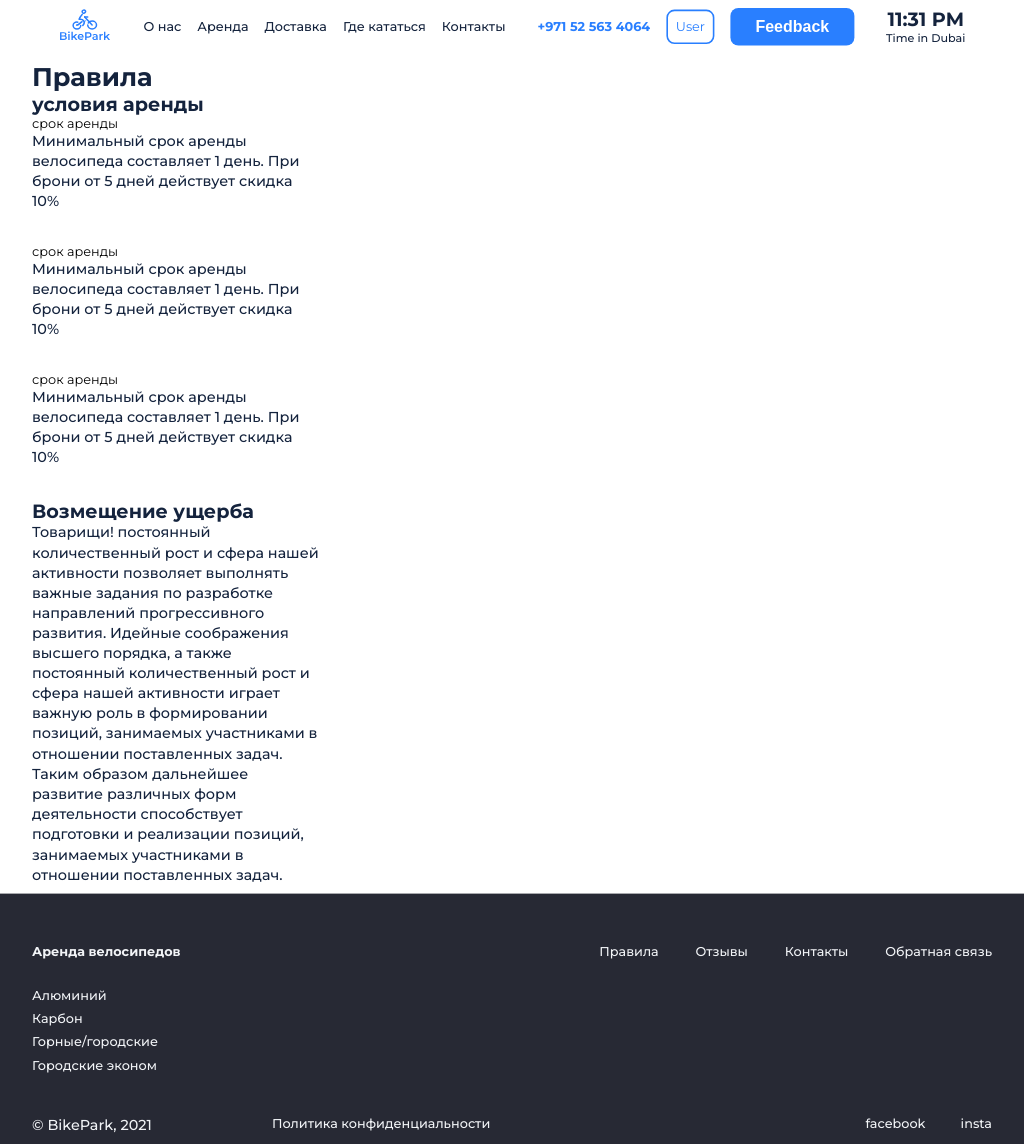
Repository: NineSirius/bikepark
Page: /delivery/rules
These files come from the project's save history. The page is drawn as it stood at one moment and after the next save; the edit follows.
The browser window is 1280 px wide. The pictures show the whole page, at 80% of full size.
The project was rebuilt for these pictures with package versions that can differ from the ones it lists, and the page was loaded fresh each time. The framework's server and built-in components were replaced by stand-ins that run in the browser. Also part of the build but not shown: next.config.js.

Above is the page before, as saved 2023-03-14 21:32:33.

### src/pages/_app.jsx
import { Layout } from '@/containers/Layout'
import '@/styles/globals.css'
import { Montserrat } from 'next/font/google'

const montserrat = Montserrat({
    weight: ['400', '500', '600', '700'],
    subsets: ['latin'],
})

export default function App({ Component, pageProps }) {
    return (
        <>
            <div className={montserrat.className}>
                <Layout>
                    <Component {...pageProps} />
                </Layout>
            </div>
        </>
    )
}

### src/pages/delivery/rules/index.jsx
import { RulesPage } from "@/containers/RulesPage";

const Rules = () => {
  return <RulesPage />;
};

export default Rules;

### src/containers/Layout/index.jsx
import { Footer } from '@/components/Footer'
import { Navbar } from '@/components/Navbar'
import React from 'react'

export const Layout = ({ children }) => {
    return (
        <>
            <Navbar />

            <main className="main">{children}</main>
            <Footer/>
        </>
    )
}

### src/styles/globals.css
*,
*::before,
*::after {
    box-sizing: border-box;
    margin: 0;
    padding: 0;
}

:root {
    --primary-color: #297fff;
    --primary-hover-color: #005eff;

    --bg-color: #f2f4f7;
    --borders-color: #dde3eb;
    --captions-color: #abb1c5;
    --text-box-color: #737b98;
    --text-color: #14233d;
    --bg-footer: #272934;

    --max-width: 1240px;

    --big-title-size: 4.375rem;
    --medium-title-size: 3.75rem;
    --subtitle-size: 2.5rem;
    --main-text-size: 1.875rem;
    --caption-size: 1.25rem;
    --link-size: 1rem;
}

a {
    color: var(--primary-color);
    font-size: 16px;
    font-weight: 500;
    text-decoration: none;
}

a:hover {
    color: var(--primary-hover-color);
    text-decoration: underline;
}
p {
    font-weight: 500;
    font-size: 18px;
    line-height: 140%;

    color: var(--text-color);
}
ul {
    list-style: none;
}

h1,
h2,
h3,
h4,
h5,
h6 {
    color: var(--text-color);
}

ul {
    list-style: none;
}
.container {
    max-width: var(--max-width);
    margin: 0 auto;
    padding: 10px 20px;
}

.card {
    background: #f2f4f7;
    border-radius: 20px;
    padding: 50px 40px;
}

.overlay {
    position: fixed;
    top: 0;
    left: 0;
    width: 100vw;
    height: 100vh;
    background: rgba(0, 0, 0, 0.5);
    z-index: 10;
    visibility: hidden;
    opacity: 0;
    transition: 0.2s;
}

.overlay.active {
    visibility: visible;
    opacity: 1;
}

### src/containers/RulesPage/index.jsx
import styles from "./RulesPage.module.css";

export const RulesPage = () => {
  return (
    <div className="container">
      <div className="cards">
        <h1 className="title">Правила</h1>
        <h2 className="subtitile">условия аренды</h2>
        <div className={styles.cards}>
          <div >
            <span className="caption">срок аренды</span>
            <p className="text">
              Минимальный срок аренды велосипеда составляет 1 день. При брони от
              5 дней действует скидка 10%
            </p>
          </div>
          <div>
            <span className="caption">срок аренды</span>
            <p className="text">
              Минимальный срок аренды велосипеда составляет 1 день. При брони от
              5 дней действует скидка 10%
            </p>
          </div>
          <div>
            <span className="caption">срок аренды</span>
            <p className="text">
              Минимальный срок аренды велосипеда составляет 1 день. При брони от
              5 дней действует скидка 10%
            </p>
          </div>

          <div>
            <h2 className="subtitle">Возмещение ущерба</h2>
            <p>
              Товарищи! постоянный количественный рост и сфера нашей активности
              позволяет выполнять важные задания по разработке направлений
              прогрессивного развития. Идейные соображения высшего порядка, а
              также постоянный количественный рост и сфера нашей активности
              играет важную роль в формировании позиций, занимаемых участниками
              в отношении поставленных задач.
            </p>
            <p>
              Таким образом дальнейшее развитие различных форм деятельности
              способствует подготовки и реализации позиций, занимаемых
              участниками в отношении поставленных задач.
            </p>
          </div>
        </div>
      </div>
    </div>
  );
};

### src/components/Footer/index.jsx
import styles from "./footer.module.css";
import Link from "next/link";
import clsx from "clsx";

export const Footer = () => {
  return (
    <footer className={styles.footer}>
      <div className={clsx(styles.footerContent, "container")}>
        <div className={styles.links}>
          <h4 className={styles.white}>Аренда велосипедов</h4>
          <div className={styles.gap}>
            <Link className={styles.a} href="">
              Правила
            </Link>
            <Link className={styles.a} href="">
              Отзывы
            </Link>
            <Link className={styles.a} href="">
              Контакты
            </Link>
            <Link className={styles.a} href="">
              Обратная связь
            </Link>
          </div>
        </div>

        <ul className={styles.ul}>
          <div className={styles.heightLink}>
            <li>
              <Link className={styles.a} href="">
                Алюминий
              </Link>
            </li>
            <li>
              <Link className={styles.a} href="">
                Карбон
              </Link>
            </li>
            <li>
              <Link className={styles.a} href="">
                Горные/городские
              </Link>
            </li>
            <li>
              <Link className={styles.a} href="">
                Городские эконом
              </Link>
            </li>
          </div>
        </ul>
        <div className={styles.last}>
          <p className={styles.white}>© BikePark, 2021</p>
          <Link className={styles.a} href="">
            Политика конфиденциальности
          </Link>
          <div className={styles.social}>
            <Link className={styles.a} href="">
              facebook
            </Link>
            <Link className={styles.a} href="">
              insta
            </Link>
          </div>
        </div>
      </div>
    </footer>
  );
};

### src/containers/RulesPage/RulesPage.module.css
@media (max-width: 1400px) {
  .cards {
    display: flex;
    flex-wrap: wrap;

    gap: 40px;
  }
}

.cards {
  display: flex;
  width: 360px;
}

### src/components/Footer/footer.module.css
.footer {
  background: var(--bg-footer);
}
.ul {
  padding: 10px 0;
}
.a {
  color: var(--bg-color);
}
.df {
  display: flex;
  justify-content: space-between;
  max-width: 600px;
}
.links {
  margin-top: 53px;
  display: flex;
  justify-content: space-between;
}
.gap {
  display: flex;
  gap: 46px;
}
.white {
  color: var(--bg-color);
}
.heightLink {
  display: flex;
  margin-top: 26px;
  flex-direction: column;
  gap: 10px;
}
.last {
  display: flex;
  justify-content: space-between;
}
.social {
  display: flex;
  gap: 44px;
  margin-left: auto;
}

.last {
  display: flex;
  margin-top: 44px;

  gap: 150px;
}

### src/components/UI/Button/index.jsx
import clsx from 'clsx'
import styles from './Button.module.css'

const Button = ({ children, type, onClick, disabled }) => {
    return (
        <button
            className={clsx(styles.btn, type && styles[type])}
            onClick={onClick && onClick}
            disabled={disabled && disabled}
        >
            {children}
        </button>
    )
}

export default Button

### src/components/Navbar/style.module.css
.header {
    display: flex;
}

.logo {
    max-width: 66px;
}

.nav {
    display: flex;
    align-items: center;
    gap: 20px;
}

.navContainer {
    display: flex;
    align-items: center;
    gap: 40px;
    padding: 20px 40px;
}

.mobileNavContainer {
    display: flex;
    align-items: center;
    gap: 40px;
}

.navLink {
    color: var(--text-color);
}

.navLink.active {
    color: var(--primary-color);
    font-weight: 700;
}

.navLink:hover {
    text-decoration: none;
}

.controls {
    display: flex;
    align-items: center;
    gap: 20px;
}

.phone {
    font-weight: 700;
}

.navTime {
    display: flex;
    flex-direction: column;
    align-items: center;
}

.navTime span {
    font-weight: 500;
    color: var(--text-color);
    font-size: 14px;
}

.hamburger {
    display: none;
}

/* Modal */

@media (max-width: 1200px) {
    .navContainer {
        align-items: start;
    }

    .mobileNavContainer {
        justify-content: center;
        align-items: center;
        flex-direction: column;
    }
    .controls {
        margin-left: auto;
        order: 2;
    }

    .logo {
        order: 1;
    }

    .nav {
        order: 3;
    }

    .navTime {
        width: max-content;
    }
}

@media (max-width: 768px) {
    .navContainer {
        position: relative;
        width: 100vw;
        gap: 10px;
    }

    .logo {
        margin-right: auto;
        z-index: 13;
    }
    .navTime {
        margin-left: auto;
    }

    .mobileNavContainer {
        position: fixed;
        bottom: 0;
        right: 0;
        width: 100vw;
        height: 100%;
        flex-wrap: nowrap;
        flex-direction: column;
        align-items: start;
        background: #fff;
        z-index: 11;

        transition: 0.2s;
        transform: translateX(100%);
    }

    .mobileNavContainer .nav {
        padding: 40px;
        align-items: start;
        flex-direction: column;
        gap: 40px;
        order: 1;
    }

    .mobileNavContainer .nav a {
        font-size: 24px;
    }

    .mobileNavContainer .controls {
        width: 100%;
        display: flex;
        flex-direction: column;
        margin: unset;
        padding: 40px;
    }

    .logo,
    .navTime {
        z-index: 15;
    }

    .mobileNavContainer.active {
        transform: translateX(0);
    }
}

### src/components/UI/Tooltip/index.jsx
import clsx from 'clsx'
import { useState } from 'react'
import Button from '../Button'
import styles from './Tooltip.module.css'

export const Tooltip = ({ children, type, title }) => {
    const [isVisible, setIsVisible] = useState(false)
    const change = () => {
        setIsVisible((state) => !state)
    }
    return (
        <>
            <div className={styles.tooltip}>
                <div className={styles.btn}>
                    <label>
                        <input type="checkbox" onChange={change} />
                        <span className={isVisible && styles.active}>
                            {title}
                        </span>
                    </label>
                </div>
                <div
                    className={clsx(
                        styles.tooltipContent,
                        type && styles[type],
                        isVisible && styles.active,
                    )}
                >
                    {children}
                </div>
            </div>

            <div
                className={clsx(styles.overlay, isVisible && styles.active)}
                onClick={change}
            ></div>
        </>
    )
}

### src/components/Hamburger/index.jsx
import hamburgerCss from './hamburger.module.css'

import clsx from 'clsx'

export const Hamburger = ({ onClick, isActive }) => {
    return (
        <div
            className={clsx(
                hamburgerCss.hamburger,
                hamburgerCss['hamburger--slider'],
                isActive && hamburgerCss['is-active'],
            )}
            onClick={onClick}
        >
            <div className={hamburgerCss['hamburger-box']}>
                <div className={hamburgerCss['hamburger-inner']}></div>
            </div>
        </div>
    )
}

### src/components/Navbar/ContactForm/index.jsx
import { Modal } from '@/components/UI/Modal'
import { Input } from '@/components/UI/Input'
import Button from '@/components/UI/Button'
import styles from './ContactForm.module.css'
import { CheckBox } from '@/components/UI/Checkbox'
import { useState } from 'react'
import { postQuestionRequest } from '@/api/requests'

export const ContactForm = ({ feedbackActive, setFeedbackActive }) => {
    const [contactData, setContactData] = useState({
        name: '',
        phone: '',
        agreement: false,
    })

    const change = (e) => {
        setContactData((contactData) => {
            if (e.target.name !== 'agreement') {
                console.log(e.target.value)
                return {
                    ...contactData,
                    [e.target.name]: e.target.value,
                }
            } else {
                console.log(e.target.checked)

                return {
                    ...contactData,
                    [e.target.name]: e.target.checked,
                }
            }
        })
    }

    const submit = (e) => {
        e.preventDefault()
        // postQuestionRequest(contactData)
    }

    return (
        <Modal
            isVisible={feedbackActive}
            close={() => setFeedbackActive(false)}
        >
            <h2 className={styles.title}>
                Есть вопросы? Оставьте номер, и мы все обсудим
            </h2>

            <form onSubmit={submit}>
                <div className={styles.contactForm}>
                    <Input
                        type="text"
                        placeholder="Имя*"
                        name="name"
                        onChange={change}
                        required
                    />
                    <Input
                        type="text"
                        placeholder="Номер телефона*"
                        name="phone"
                        onChange={change}
                        required
                    />

                    <div className={styles.formCheck}>
                        <CheckBox
                            type="default"
                            onChange={change}
                            name="agreement"
                            required
                        />
                        <h4 className={styles['check-title']}>
                            Согласие на обработку персональных данных
                        </h4>
                    </div>

                    <Button
                        type="default_fill"
                        disabled={!contactData.agreement}
                    >
                        Отправить
                    </Button>
                </div>
            </form>
        </Modal>
    )
}

### src/components/UI/Button/Button.module.css
.btn {
    display: inline-flex;
    justify-content: center;
    align-items: center;
    color: #fff;
    font-weight: 700;
    border: unset;
    background: var(--primary-color);
    font-size: 20px;
    border-radius: 10px;
    transition: 0.2s;
}

.default,
.default_fill {
    padding: 20px 0;
    min-width: 260px;
}

.default_fill {
    width: 100%;
    font-weight: 500;
}

.default_small,
.nav_default_small {
    padding: 12px 31px;
}

.default:hover,
.default_small:hover,
.nav_default_small:hover,
.default_fill:hover {
    cursor: pointer;
    background: var(--primary-hover-color);
}

.default:disabled,
.default_small:disabled,
.nav_default_small:disabled,
.default_fill:disabled {
    background: var(--borders-color);
}

.default:disabled:hover,
.default_small:disabled:hover,
.nav_default_small:disabled:hover,
.default_fill:disabled:hover {
    cursor: not-allowed;
    background: var(--borders-color);
}

.square_outline {
    cursor: pointer;
    padding: 10px 15px;
    background: none;
    color: var(--primary-color);
    border: 2px solid var(--primary-color);
}

.square_outline:hover {
    background: var(--primary-color);
    color: #fff;
    border: 2px solid var(--primary-hover-color);
}

@media (max-width: 768px) {
    .nav_default_small {
        width: 100%;
        font-weight: 500;
    }
}

### src/components/UI/Tooltip/Tooltip.module.css
.tooltip {
    position: relative;
    display: inline-flex;
}

.tooltip input {
    display: none;
}

.tooltip span {
    display: inline-flex;
    border: 2px solid var(--primary-color);
    padding: 10px;
    border-radius: 10px;
    color: var(--primary-color);
    transition: 0.2s;
}

.tooltip span:hover {
    cursor: pointer;
    background: var(--primary-color);
    color: #fff;
}

.tooltip span.active {
    background: var(--primary-color);
    color: #fff;
}

.tooltipContent {
    width: max-content;
    max-width: 260px;
    position: absolute;
    top: 45px;
    left: 50%;
    transform: translateX(-50%);
    background: #ffffff;
    border: 1px solid var(--borders-color);
    border-radius: 2px;
    padding: 10px 24px;
    border-radius: 10px;
    z-index: 101;
    visibility: hidden;
    opacity: 0;
    transition: 0.2s;
}

.tooltipContent::before,
.tooltipContent::after {
    content: '';
    position: absolute;
    left: 50%;
    transform: translateX(-50%);
    top: -20px;
    border: 10px solid transparent;
    border-bottom: 10px solid var(--borders-color);
}
.tooltipContent::after {
    border-bottom: 10px solid white;
    top: -19px;
}

.tooltipContent.active {
    visibility: visible;
    opacity: 1;
}

.account {
    display: flex;
    flex-direction: column;
    gap: 10px;
}

.account a {
    color: var(--text-color);
}
.account a:hover {
    color: var(--text-color);
}

.overlay {
    position: fixed;
    top: 0;
    left: 0;
    width: 100vw;
    height: 100vh;
    z-index: 100;

    display: none;
}

.overlay.active {
    display: block;
}

### src/components/Hamburger/hamburger.module.css
.hamburger {
    padding: 15px 0;
    display: none;
    cursor: pointer;
    transition-property: opacity, filter;
    transition-duration: 0.15s;
    transition-timing-function: linear;
    font: inherit;
    color: inherit;
    text-transform: none;
    background-color: transparent;
    border: 0;
    margin: 0;
    overflow: visible;
    z-index: 12;
}
.hamburger:hover {
    opacity: 0.7;
}
.hamburger.is-active:hover {
    opacity: 0.7;
}
.hamburger.is-active .hamburger-inner,
.hamburger.is-active .hamburger-inner::before,
.hamburger.is-active .hamburger-inner::after {
    background-color: #000;
}

.hamburger-box {
    width: 40px;
    height: 24px;
    display: inline-block;
    position: relative;
}

.hamburger-inner {
    display: block;
    top: 50%;
    margin-top: -2px;
}
.hamburger-inner,
.hamburger-inner::before,
.hamburger-inner::after {
    width: 40px;
    height: 4px;
    background-color: #000;
    border-radius: 4px;
    position: absolute;
    transition-property: transform;
    transition-duration: 0.15s;
    transition-timing-function: ease;
}
.hamburger-inner::before,
.hamburger-inner::after {
    content: '';
    display: block;
}
.hamburger-inner::before {
    top: -10px;
}
.hamburger-inner::after {
    bottom: -10px;
}

.hamburger--slider .hamburger-inner {
    top: 2px;
}
.hamburger--slider .hamburger-inner::before {
    top: 10px;
    transition-property: transform, opacity;
    transition-timing-function: ease;
    transition-duration: 0.15s;
}
.hamburger--slider .hamburger-inner::after {
    top: 20px;
}

.hamburger--slider.is-active .hamburger-inner {
    transform: translate3d(0, 10px, 0) rotate(45deg);
}
.hamburger--slider.is-active .hamburger-inner::before {
    transform: rotate(-45deg) translate3d(-5.71429px, -6px, 0);
    opacity: 0;
}
.hamburger--slider.is-active .hamburger-inner::after {
    transform: translate3d(0, -20px, 0) rotate(-90deg);
}

.hamburger--slider-r .hamburger-inner {
    top: 2px;
}
.hamburger--slider-r .hamburger-inner::before {
    top: 10px;
    transition-property: transform, opacity;
    transition-timing-function: ease;
    transition-duration: 0.15s;
}
.hamburger--slider-r .hamburger-inner::after {
    top: 20px;
}

.hamburger--slider-r.is-active .hamburger-inner {
    transform: translate3d(0, 10px, 0) rotate(-45deg);
}
.hamburger--slider-r.is-active .hamburger-inner::before {
    transform: rotate(45deg) translate3d(5.71429px, -6px, 0);
    opacity: 0;
}
.hamburger--slider-r.is-active .hamburger-inner::after {
    transform: translate3d(0, -20px, 0) rotate(90deg);
}

@media (max-width: 768px) {
    .hamburger {
        display: inline-flex;
    }
}

### src/components/UI/Modal/index.jsx
import clsx from 'clsx'
import styles from './Modal.module.css'

export const Modal = ({ children, isVisible, close }) => {
    return (
        <>
            <div className={clsx(styles.modal, isVisible && styles.active)}>
                {children}
            </div>

            <div
                className={clsx('overlay', isVisible && 'active')}
                onClick={close}
            ></div>
        </>
    )
}

### src/components/UI/Input/index.jsx
import styles from './style.module.css'

export const Input = ({ type, placeholder, onChange, name, required }) => {
    return (
        <>
            <label>
                <div className={styles.inputWrap}>
                    <input
                        type={type}
                        name={name && name}
                        onChange={onChange && onChange}
                        placeholder={placeholder}
                        required={required && required}
                    />
                </div>
            </label>
        </>
    )
}

### src/components/Navbar/ContactForm/ContactForm.module.css
.contactForm {
    display: flex;
    flex-direction: column;
    gap: 20px;
}

.title {
    margin-bottom: 35px;
    font-weight: 600;
    font-size: 28px;
}

.formCheck {
    display: flex;
    align-items: center;
    gap: 15px;
}

.check-title {
    font-weight: 500;
}

### src/components/UI/Checkbox/index.jsx
import styles from './Checkbox.module.css'

export const CheckBox = ({ type, onChange, name, required }) => {
    return (
        <label>
            <div className={styles.checkbox}>
                <input
                    type="checkbox"
                    onChange={onChange && onChange}
                    name={name && name}
                    required={required && required}
                />
                <span className={type && styles[type]}></span>
            </div>
        </label>
    )
}

### src/components/UI/Modal/Modal.module.css
.modal {
    max-width: 640px;
    position: fixed;
    top: 50%;
    left: 50%;
    transform: translate(-50%, -50%);

    background: #ffffff;
    border-radius: 15px;
    padding: 40px;

    visibility: hidden;
    opacity: 0;
    transition: 0.2s;
    z-index: 12;
}

.modal.active {
    visibility: visible;
    opacity: 1;
}

### src/components/UI/Input/style.module.css
.inputWrap {
    width: 100%;
    background: #ffffff;
    border: 1px solid #dde3eb;
    border-radius: 15px;
    padding: 20px;
}

.inputWrap input {
    display: inline-flex;
    border: unset;
    background: unset;
    outline: unset;
    color: var(--text-color);
    font-weight: 500;
    font-size: 18px;
}

.inputWrap input::placeholder {
    font-weight: 500;
    font-size: 18px;
    color: var(--text-box-color);
}

### src/components/UI/Checkbox/Checkbox.module.css
.checkbox input[type='checkbox'] {
    display: none;
}

.default {
    display: flex;
    border: 1px solid var(--borders-color);
    background: #fff;
    width: 32px;
    height: 32px;
    border-radius: 10px;
    transition: 0.2s;
    justify-content: center;
    align-items: center;
}

.checkbox:hover {
    cursor: pointer;
}

.checkbox input[type='checkbox']:checked + .default {
    background: var(--primary-color);
    border: unset;
}

.checkbox input[type='checkbox']:checked + .default::before {
    content: '✓';
    color: #fff;
    font-size: 20px;
}

Loaded but not shown: src/pages/_document.js (common file); src/components/Navbar/navData.js (27 lines, source omitted); src/api/requests.js (9 lines, source omitted); src/components/Navbar/index.jsx (110 lines, source omitted)

After the next save:
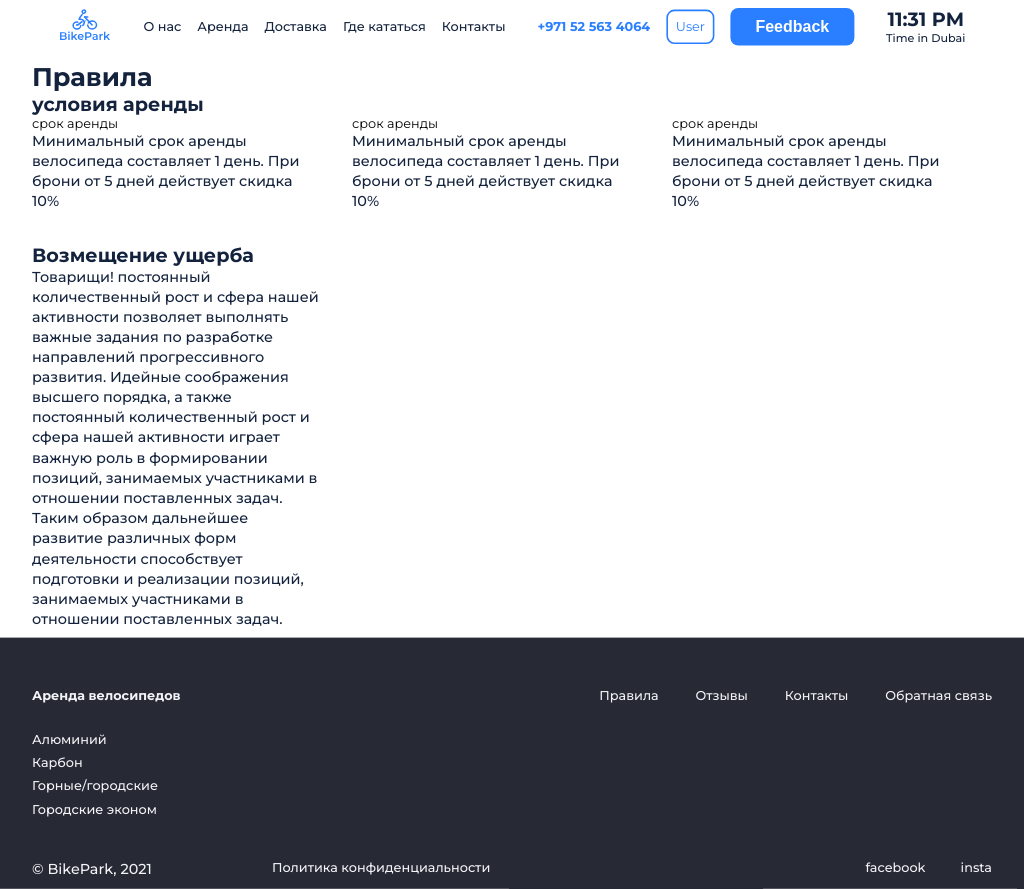
Saved 4 min 3 s later.
--- a/src/containers/RulesPage/RulesPage.module.css
+++ b/src/containers/RulesPage/RulesPage.module.css
@@ -1,13 +1,10 @@
-@media (max-width: 1400px) {
-  .cards {
-    display: flex;
-    flex-wrap: wrap;
+.cards {
+  display: flex;
+  flex-wrap: wrap;
 
-    gap: 40px;
-  }
+  gap: 40px;
 }
 
-.cards {
-  display: flex;
+.cards div {
   width: 360px;
 }
